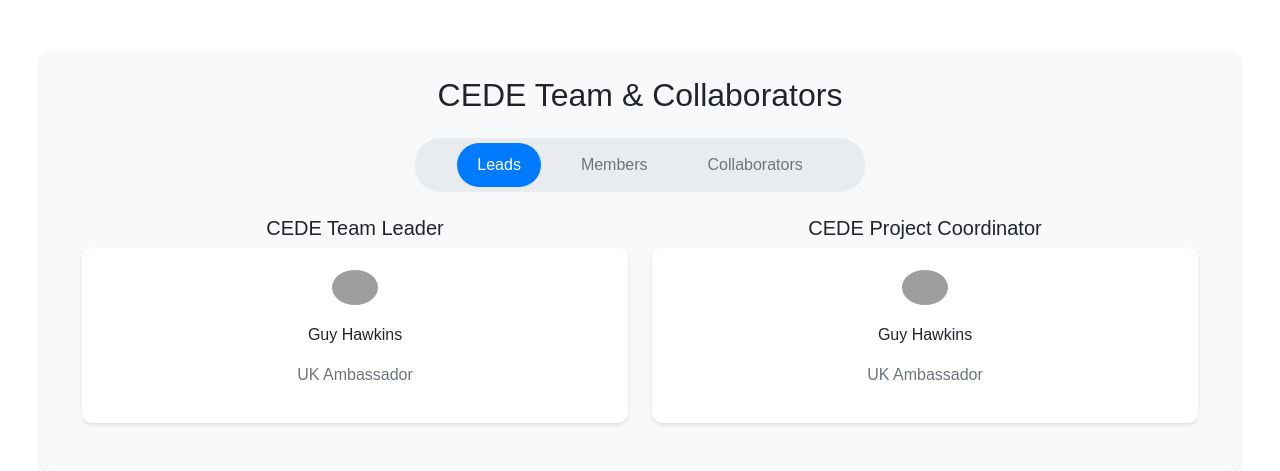
Repository: devashrisamani/CEDE-Website
Page: website/index.html
These files come from the project's save history. The page is drawn as it stood at one moment and after the next save; the edit follows.
The browser window is 1280 px wide. The pictures show the part of the page from y = 2597 to 3068 px (the page is 3068 px tall).
Pictures or frames that could not be fetched are drawn as grey boxes. A picture or video elsewhere on the page could not be fetched, so the positions and the page height are approximate.

Above is the page before, as saved 2024-06-19 16:43:43.
Console error: TypeError: Cannot read properties of null (reading 'addEventListener')

### website/index.html
<!DOCTYPE html>
<html lang="en">
  <head>
    <meta charset="UTF-8" />
    <meta name="viewport" content="width=device-width, initial-scale=1.0" />
    <title>Welcome to CEDE</title>
    <link
      href="https://cdn.jsdelivr.net/npm/bootstrap@5.1.3/dist/css/bootstrap.min.css"
      rel="stylesheet"
    />
    <link rel="stylesheet" href="styles.css" />
  </head>
  <body>
    <nav class="navbar navbar-expand-lg navbar-light bg-white">
      <div class="container-fluid">
        <a class="navbar-brand" href="#">CEDE</a>
        <button
          class="navbar-toggler"
          type="button"
          data-bs-toggle="collapse"
          data-bs-target="#navbarNavAltMarkup"
          aria-controls="navbarNavAltMarkup"
          aria-expanded="false"
          aria-label="Toggle navigation"
        >
          <span class="navbar-toggler-icon"></span>
        </button>
        <div
          class="collapse navbar-collapse justify-content-end"
          id="navbarNavAltMarkup"
        >
          <div class="navbar-nav">
            <a class="nav-link active" href="#">Home</a>
            <a class="nav-link" href="#">Matrix Selection</a>
            <a class="nav-link" href="#">FAQs</a>
            <a class="nav-link" href="#">Glossary</a>
          </div>
        </div>
      </div>
    </nav>

    <div class="welcome-section text-center mt-5 px-5">
      <header class="mb-5">
        <h5 class="text-uppercase">
          Consensus for Experimental Design in Electromyography
        </h5>
        <h1>Welcome to CEDE</h1>
        <p>
          The Consensus for Experimental Design in Electromyography (CEDE)
          project is an international initiative, which aims to guide
          decision-making in recording, analysis, and interpretation of EMG
          across all applications including surface and invasive/intra-muscular
          methods and extends to guidance for specific applications.
        </p>
      </header>
      <img
        src="your-image-placeholder.jpg"
        class="img-fluid"
        alt="Placeholder Image"
      />
    </div>

    <div class="why-cede-exists-container mt-5 p-4">
      <div class="container">
        <h3 class="text-center mb-4">Why CEDE Exists</h3>
        <div class="row align-items-center">
          <div class="col-md-6">
            <p>
              The major output of the project is the development of a series of
              matrices to provide guidance for planning and interpretation of
              EMG methods using a Delphi consensus process. Each matrix provides
              recommendations with detailed justification so the user
              (researcher performing the research, reviewer, user of the
              research data, etc.) is fully informed. An interactive tool per
              matrix helps the user arrive at the most appropriate method for
              their experimental context.
            </p>
          </div>
          <div class="col-md-6 text-center">
            <img src="matrix.jpg" class="img-fluid" alt="Matrix" />
          </div>
        </div>
        <div class="text-center mt-4">
          <a href="#" class="btn btn-primary">Access the Editorial Paper</a>
        </div>
      </div>
    </div>

    <div class="matrix-section-container mt-5 p-4">
      <div class="container">
        <h3 class="text-center mb-4">
          Select a Published Matrix to Learn More
        </h3>
        <div class="row text-center">
          <!-- Amplitude Normalization -->
          <div class="col-md-4 mb-4">
            <div class="card">
              <img
                src="amplitude.jpg"
                class="card-img-top"
                alt="Amplitude Normalization"
              />
              <div class="card-body">
                <h5 class="card-title">Amplitude Normalization</h5>
                <p class="card-text">
                  Includes a description of general considerations for
                  normalization, design features that should be reported,
                  definitions of each method, the pros and cons of each method,
                  and 10 experiment...
                </p>
              </div>
            </div>
          </div>

          <!-- Electrode Selection -->
          <div class="col-md-4 mb-4">
            <div class="card">
              <img
                src="electrode.jpg"
                class="card-img-top"
                alt="Electrode Selection"
              />
              <div class="card-body">
                <h5 class="card-title">Electrode Selection</h5>
                <p class="card-text">
                  Includes a description of general design features and
                  considerations for each type of electrode; pros and cons of
                  each method; and four clusters of recommendations based on
                  common...
                </p>
              </div>
            </div>
          </div>

          <!-- Terminology -->
          <div class="col-md-4 mb-4">
            <div class="card">
              <img
                src="terminology.jpg"
                class="card-img-top"
                alt="Terminology"
              />
              <div class="card-body">
                <h5 class="card-title">Terminology</h5>
                <p class="card-text">
                  Includes the definitions for physiological and technical terms
                  that are common in EMG research, with key information on each
                  definition provided in a comment section, and an extensive
                  Appendix...
                </p>
              </div>
            </div>
          </div>

          <!-- HDsEMG -->
          <div class="col-md-6 mb-4">
            <div class="card">
              <img src="hdsemg.jpg" class="card-img-top" alt="HDsEMG" />
              <div class="card-body">
                <h5 class="card-title">High-density surface electromyograph</h5>
                <p class="card-text">
                  Presents consensus statements regarding the use of HDsEMG. The
                  matrix is organized according to three main applications of
                  the technique (regional activation, muscle fiber properties,
                  and single motor unit activity), for each we included general
                  considerations and definitions, recommendations on electrode
                  montage, typ...
                </p>
              </div>
            </div>
          </div>

          <!-- SMU -->
          <div class="col-md-6 mb-4">
            <div class="card">
              <img src="smu.jpg" class="card-img-top" alt="SMU" />
              <div class="card-body">
                <h5 class="card-title">Single Motor Unit</h5>
                <p class="card-text">
                  Presents consensus statements regarding the recording and
                  analysis of SMU activity with both invasive and non-invasive
                  methods. The matrix is organized in 4 tables – the first table
                  provides considerations for electrode type, summarizing their
                  advantages and disadvantages when used during different
                  test...
                </p>
              </div>
            </div>
          </div>
        </div>
      </div>
    </div>

    <div class="team-section-container mt-5 p-4">
      <div class="container">
        <h3 class="text-center mb-4">CEDE Team & Collaborators</h3>
        <div class="toggle-buttons text-center mb-4">
          <button class="btn btn-toggle active" onclick="showSection('leads')">
            Leads
          </button>
          <button class="btn btn-toggle" onclick="showSection('members')">
            Members
          </button>
          <button class="btn btn-toggle" onclick="showSection('collaborators')">
            Collaborators
          </button>
        </div>
        <div id="leads" class="team-section">
          <div class="row text-center">
            <div class="col-md-6 mb-4">
              <h5 class="font-weight-bold">CEDE Team Leader</h5>
              <div class="card">
                <div class="card-body">
                  <img
                    src="team_leader.jpg"
                    class="rounded-circle mb-3"
                    alt="Team Leader"
                    width="50"
                  />
                  <p class="font-weight-bold">Guy Hawkins</p>
                  <p class="text-muted">UK Ambassador</p>
                </div>
              </div>
            </div>
            <div class="col-md-6 mb-4">
              <h5 class="font-weight-bold">CEDE Project Coordinator</h5>
              <div class="card">
                <div class="card-body">
                  <img
                    src="project_coordinator.jpg"
                    class="rounded-circle mb-3"
                    alt="Project Coordinator"
                    width="50"
                  />
                  <p class="font-weight-bold">Guy Hawkins</p>
                  <p class="text-muted">UK Ambassador</p>
                </div>
              </div>
            </div>
          </div>
        </div>
        <div id="members" class="team-section d-none">
          <div class="row text-center">
            <div class="col-md-6 mb-4">
              <h5 class="font-weight-bold">CEDE Member</h5>
              <div class="card">
                <div class="card-body">
                  <img
                    src="member.jpg"
                    class="rounded-circle mb-3"
                    alt="Member"
                    width="50"
                  />
                  <p class="font-weight-bold">Alice Johnson</p>
                  <p class="text-muted">Research Specialist</p>
                </div>
              </div>
            </div>
            <div class="col-md-6 mb-4">
              <h5 class="font-weight-bold">CEDE Member</h5>
              <div class="card">
                <div class="card-body">
                  <img
                    src="member.jpg"
                    class="rounded-circle mb-3"
                    alt="Member"
                    width="50"
                  />
                  <p class="font-weight-bold">Bob Smith</p>
                  <p class="text-muted">Lab Technician</p>
                </div>
              </div>
            </div>
          </div>
        </div>
        <div id="collaborators" class="team-section d-none">
          <div class="row text-center">
            <div class="col-md-6 mb-4">
              <h5 class="font-weight-bold">CEDE Collaborator</h5>
              <div class="card">
                <div class="card-body">
                  <img
                    src="collaborator.jpg"
                    class="rounded-circle mb-3"
                    alt="Collaborator"
                    width="50"
                  />
                  <p class="font-weight-bold">Jane Doe</p>
                  <p class="text-muted">Industry Expert</p>
                </div>
              </div>
            </div>
            <div class="col-md-6 mb-4">
              <h5 class="font-weight-bold">CEDE Collaborator</h5>
              <div class="card">
                <div class="card-body">
                  <img
                    src="collaborator.jpg"
                    class="rounded-circle mb-3"
                    alt="Collaborator"
                    width="50"
                  />
                  <p class="font-weight-bold">John Lee</p>
                  <p class="text-muted">Field Specialist</p>
                </div>
              </div>
            </div>
          </div>
        </div>
      </div>
    </div>

    <script src="script.js"></script>
    <script src="https://cdn.jsdelivr.net/npm/bootstrap@5.1.3/dist/js/bootstrap.bundle.min.js"></script>
  </body>
</html>

### website/styles.css
body {
  font-family: Arial, sans-serif;
  margin: 0;
  padding: 0;
  background-color: #ffffff;
}

header {
  padding: 20px;
  text-align: center;
}

.navbar {
  border-bottom: 1px solid #cfcfcf;
  background-color: #ffffff;
}

header h1 {
  margin: 0;
  color: #333;
}

header p {
  color: #666;
}

.welcome-section {
  text-align: center;
  margin: 0 auto;
  max-width: 1100px;
  padding: 10px 20px;
}

.welcome-section h5 {
  margin: 0;
  font-weight: 700;
  color: #333;
  letter-spacing: 1px;
}

.welcome-section h1 {
  font-size: 2.5rem;
  margin-top: 20px;
  margin-bottom: 20px;
}

.welcome-section p {
  font-size: 1rem;
  line-height: 1.5;
  margin-bottom: 10px;
}

.welcome-section img {
  width: 100%;
  height: 400px;
  margin-top: 10px;
  border-radius: 20px;
}

.why-cede-exists-container {
  background-color: #f8f9fa; /* Light grey background */
  border-radius: 10px;
  padding: 40px; /* Add padding inside the container */
  box-shadow: 0 2px 4px rgba(0, 0, 0, 0.1); /* Optional: adds subtle shadow */
  margin: 0 auto; /* Center the container */
  max-width: 1000px; /* Set a max-width */
}

.why-cede-exists-container p {
  margin-bottom: 1rem;
  font-size: 1rem;
  line-height: 1.5;
}

.why-cede-exists-container .btn {
  font-size: 1rem;
  padding: 0.5rem 1rem;
  border-radius: 25px;
  border: 2px solid #007bff;
  background-color: white;
  color: #007bff;
  text-transform: uppercase;
}

.why-cede-exists-container .btn:hover {
  background-color: #007bff;
  color: white;
}
.team-section-container {
  background-color: #f8f9fa; /* Light grey background */
  border-radius: 10px;
  padding: 40px; /* Add padding inside the container */
  box-shadow: 0 2px 4px rgba(0, 0, 0, 0.1); /* Optional: adds subtle shadow */
  margin: 0 auto; /* Center the container */
  max-width: 1200px; /* Set a max-width */
}

.team-section-container h3 {
  font-size: 2rem;
}

.toggle-buttons {
  display: flex;
  justify-content: center;
  background-color: #e9ecef; /* Light grey background for the toggle container */
  border-radius: 25px;
  padding: 5px;
  max-width: 450px; /* Adjust this value to control the length */
  margin: 0 auto; /* Center the toggle buttons container */
}

.btn-toggle {
  background-color: transparent;
  border: none;
  padding: 10px 20px;
  margin: 0 10px;
  border-radius: 25px;
  cursor: pointer;
  font-size: 1rem;
  outline: none;
  color: #6c757d; /* Grey color for inactive buttons */
}

.btn-toggle.active {
  background-color: #007bff; /* Blue background for active button */
  color: #ffffff;
}

.card {
  border: none;
  background-color: transparent;
}

.card-body {
  background-color: #ffffff;
  border-radius: 10px;
  padding: 20px;
  box-shadow: 0 2px 4px rgba(0, 0, 0, 0.1);
}

.rounded-circle {
  border: 2px solid #ffffff;
}

### website/script.js
function selectOption(option) {
  console.log("Option selected:", option);
  // Add logic to handle the selected option, such as updating the page content
}

// page 2

function selectOption(option) {
  console.log("Option selected:", option);
  // Here, you can redirect to another page or load new content based on the option
}

function goBack() {
  window.history.back(); // This will take you to the previous page in the history stack
}

// Decision tree functions
const questions = [
  "Does your experiment involve comparisons between muscles or within muscles?",
  "Does your experiment involve comparisons between sessions or within a session?",
  "Does your experiment involve within-group comparisons or between-groups comparisons?",
  "Can your participants perform MVC?",
];

const responses = [
  ["Between muscles", "Within muscle"],
  ["Between sessions", "Within a session"],
  ["Within-group comparison", "Between-groups comparison"],
  ["Yes", "No"],
];

const decisionTree = {
  "Within muscle": {
    "Within a session": {
      "Within-group comparison": {
        Yes: "Experimental context 1: Amplitude comparison within a person and muscle, between conditions/tasks (within a session). *Without removing electrodes (1.1 - 1.6)",
      },
    },
  },
};

function getRecommendation(responses) {
  let node = decisionTree;
  for (let response of responses) {
    if (node[response]) {
      node = node[response];
    } else {
      return "No recommendation found for the given responses.";
    }
  }
  return node;
}

document.getElementById("get-recommendation").addEventListener("click", () => {
  const userResponses = [
    document.getElementById("q1-select").value,
    document.getElementById("q2-select").value,
    document.getElementById("q3-select").value,
    document.getElementById("q4-select").value,
  ];
  const recommendation = getRecommendation(userResponses);
  document.getElementById("recommendation").innerText = recommendation;
});

// CEDE Collaborations section

function showSection(sectionId) {
  const sections = document.querySelectorAll(".team-section");
  const buttons = document.querySelectorAll(".btn-toggle");
  sections.forEach((section) => {
    section.classList.add("d-none");
  });
  buttons.forEach((button) => {
    button.classList.remove("active");
  });
  document.getElementById(sectionId).classList.remove("d-none");
  document
    .querySelector(`button[onclick="showSection('${sectionId}')"]`)
    .classList.add("active");
}

After the next save:
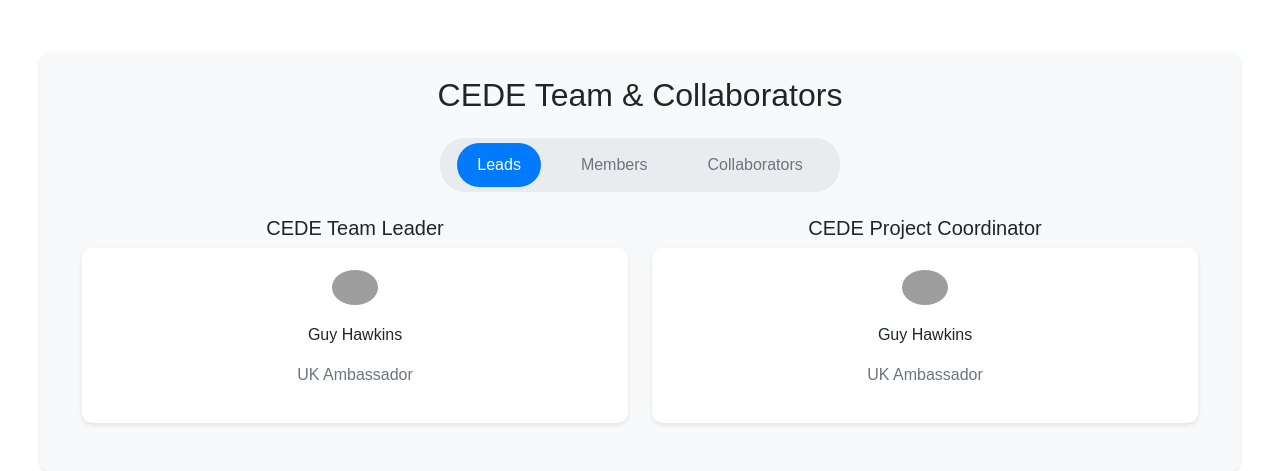
Saved 15 s later.
--- a/website/styles.css
+++ b/website/styles.css
@@ -105,7 +105,7 @@ header p {
   background-color: #e9ecef; /* Light grey background for the toggle container */
   border-radius: 25px;
   padding: 5px;
-  max-width: 450px; /* Adjust this value to control the length */
+  max-width: 400px; /* Adjust this value to control the length */
   margin: 0 auto; /* Center the toggle buttons container */
 }
 
